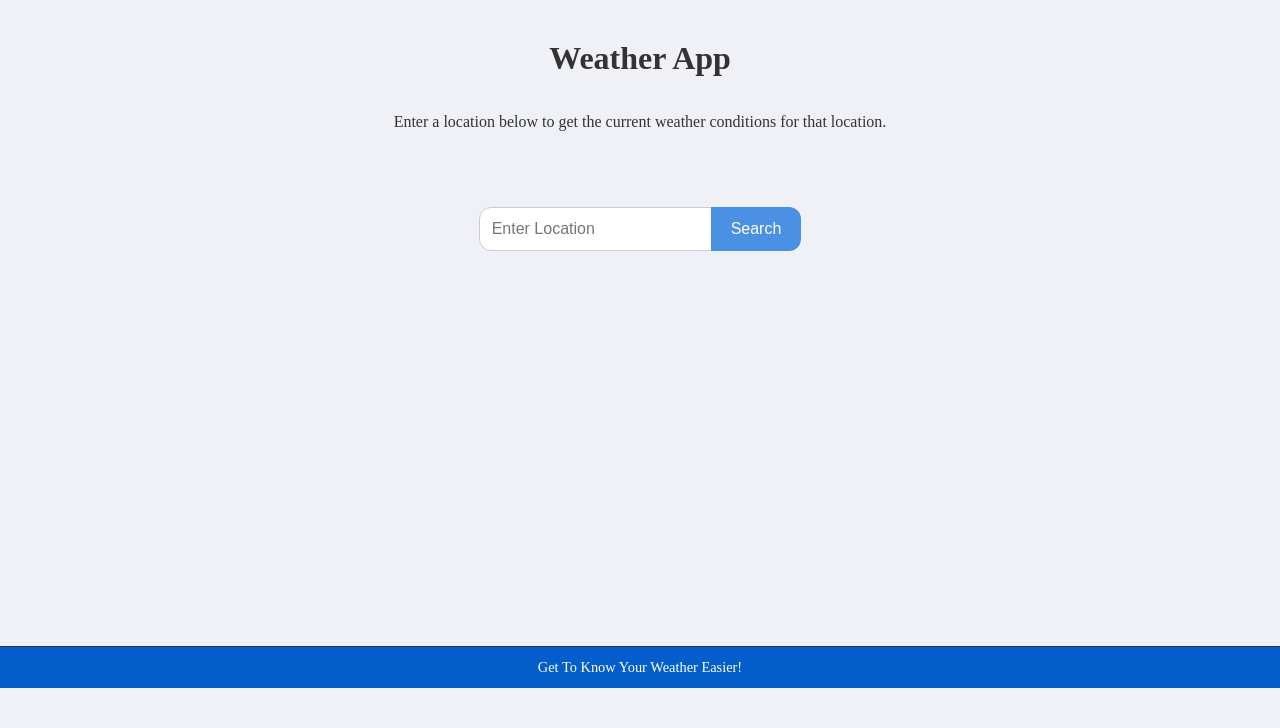
Repository: AlaaYou/Weather-App
Page: index.html
The author's editor kept a copy of each file at every save. The page is drawn from the files as they stood at one save, then again after the next save.
The browser window is 1280 px wide. The pictures show the whole page.

Above is the page before, as saved 2024-10-21 00:01:19.

### index.html

<!DOCTYPE html>
<html lang="en">
  <head>
    <meta charset="UTF-8" />
    <meta name="viewport" content="width=device-width, initial-scale=1.0" />
    <link rel="stylesheet" href="styles.css" />
    <title>Weather App</title>
  </head>
  <body>
    <header>
      <h1>Weather App</h1><br><br>
      <p>
        Enter a location below to get the current weather conditions for that
        location.
      </p><br><br>
    </header>
    <!-- main content -->
    <main>
      <section class="search-box">
        <input type="text" id="location-input" placeholder="Enter Location" />

        <button id="search-button">Search</button>
      </section>
      <div id="loading" style="display: none">Loading...</div>
      <div id="error" style="display: none">Error loading weather data</div>
      <!-- weather content -->
      <section
        class="weather-display"
        id="weather-display"
        style="display: none"
      >
        <div class="temp-display"><span id="temperature">--</span> °C</div>
        <div class="condition-display">
          <span id="condition">--</span>
        </div>

        <!-- condition info -->
        <div class="condition-info">
          <span id="wind-speed">Wind Speed: --</span>
          <span id="humidity">Humidity: --</span>
        </div>
      </section>
    </main>
    <!-- footer -->
    <footer>
      <p>Get To Know Your Weather Easier!</p>
    </footer>
    <script src="script.js"></script>
  </body>
</html>

### styles.css
body,
h1,
p {
  margin: 0;
  padding: 0;
}

body {
  display: flex;
  flex-direction: column;
  min-height: 90vh;
  background-color: #f0f1f6;
  padding: 40px 0;
  color: #333;
}

main {
  flex-grow: 1;
}

header {
  text-align: center;
  margin-bottom: 20px;
}

.search-box {
  display: flex;
  justify-content: center;
  align-items: center;
  margin: 20px 0;
}

input[type="text"] {
  padding: 12px;
  border: 1px solid #ccc;
  border-radius: 12px 0 0 12px;
  font-size: 1em;
  width: auto;
  margin-right: -1px;
}
button {
  background-color: #4a90e3;
  color: #ffff;
  border: none;
  border-radius: 0 12px 12px 0;
  padding: 13px 20px;
  cursor: pointer;
  font-size: 1em;
  transition: background-color 0.3s ease;
}

button:hover {
  background-color: #035dcb;
}

/* Weather content */
.weather-display {
  text-align: center;
  padding: 20px;
}

.temp-display,
.condition-display {
  font-size: 2.5em;
  margin-bottom: 10px;
}

.condition-info span {
  margin-right: 15px;
  font-size: 1.2em;
}

#loading,
#error {
  text-align: center;
  font-size: 1.2em;
  margin-top: 20px;
}
#loading {
  color: #4a90e3;
}
#error {
  color: red;
}
footer {
  text-align: center;
  background-color: #035dcb;
  color: #ffff;
  padding: 12px 0;
  border-top: 1px solid #333;
  font-size: 0.9em;
}

### script.js
async function fetchWeather(location) {
  //api
  const apiKey = "094b545dde613af5667ba10639a224f8";
  const url = `http://api.openweathermap.org/data/2.5/weather?q=${location}&appid=${apiKey}&units=metric`;
  const response = await fetch(url);

  if (response.ok) {
    const data = await response.json();
    return data;
  } else {
    throw new Error("Failed to fetch weather data");
  }
}
//Display the weather
function dispplayWeather(data) {
  console.log(data);
  //select the  DOM
  const weatherDisplay = document.getElementById("weather-display");
  const temperature = document.getElementById("temperature");
  const condition = document.getElementById("condition");
  const windSpeed = document.getElementById("wind-speed");
  const humidity = document.getElementById("humidity");

  temperature.textContent = data.main.temp;
  condition.textContent = data.weather[0].main;
  windSpeed.textContent = `Wind Speed: ${data.wind.speed}m/s`;
  humidity.textContent = `Humidity: ${data.main.humidity}%`;
  weatherDisplay.style.display = "block";
}

function toggleElementVisibility(id, show) {
  const element = document.getElementById(id);
  element.style.display = show ? "block" : "none";
}
//DOM content Loaded
document.addEventListener("DOMContentLoaded", () => {
  const searchButton = document.getElementById("search-button");
  const locationInput = document.getElementById("location-input");
  searchButton.addEventListener("click", async () => {
    toggleElementVisibility("loading", true);
    toggleElementVisibility("error", false);

    const location = locationInput.value;

    try {
      const weatherData = await fetchWeather(location);
      toggleElementVisibility("loading", false);
      dispplayWeather(weatherData);
      console.log(weatherData);
    } catch (error) {
      toggleElementVisibility("error", true);
      toggleElementVisibility("loading", false);
    }
  });
});

After the next save:
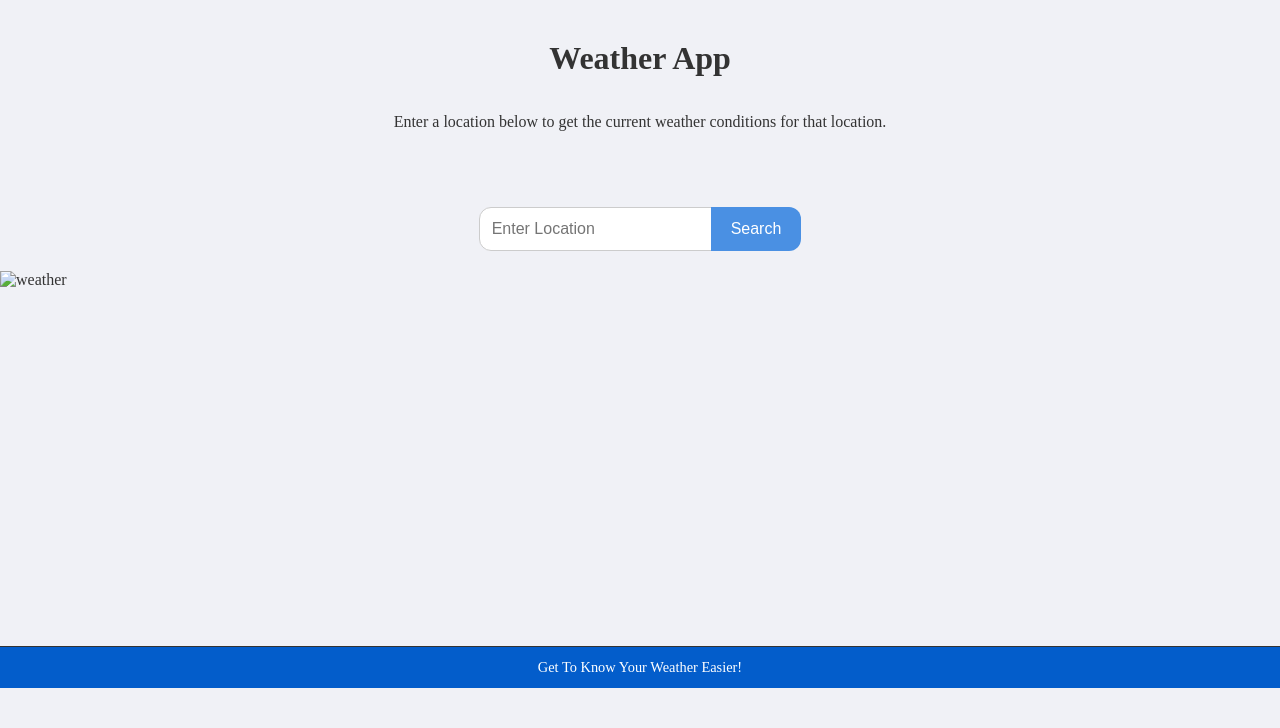
Not found: weather.jpg
Saved 36 s later.
--- a/index.html
+++ b/index.html
@@ -41,6 +41,7 @@
           <span id="humidity">Humidity: --</span>
         </div>
       </section>
+      <img src="weather.jpg" alt="weather" width="500" height="20">
     </main>
     <!-- footer -->
     <footer>

After the 2 saves that followed:
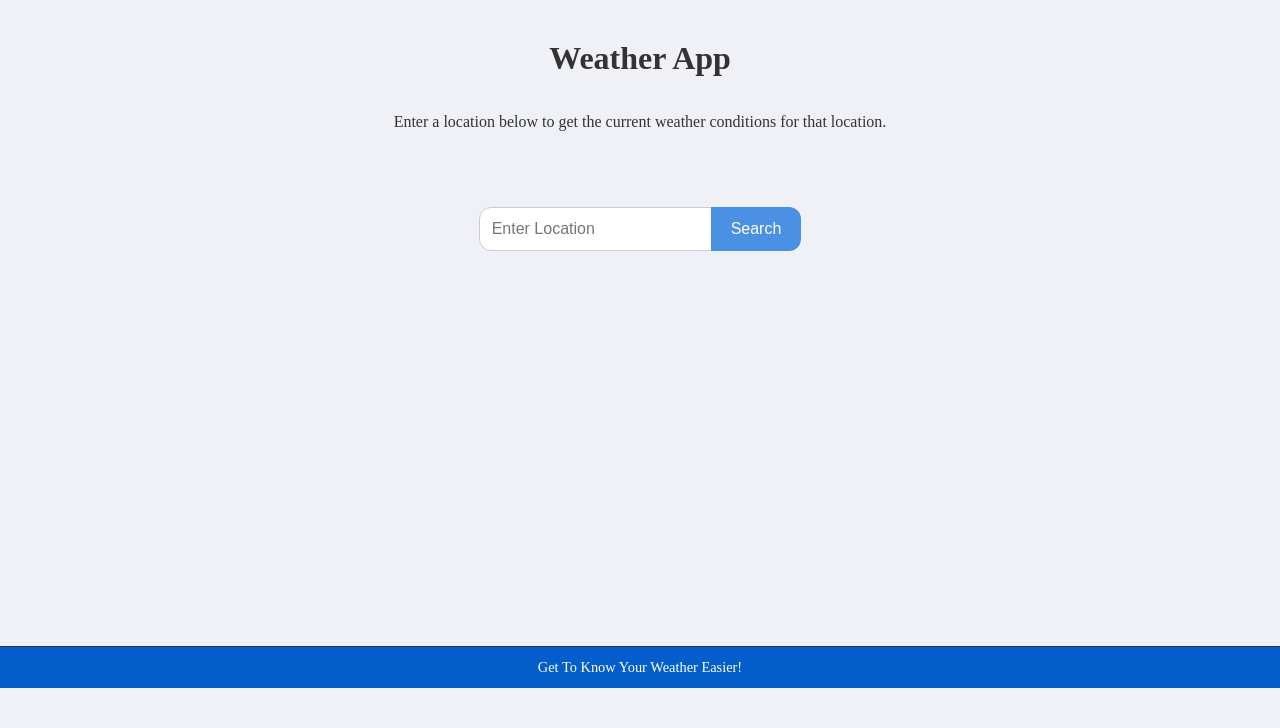
The 2 saves are shown as one change because 1 left the picture as it was.
The last was saved 107 s later.
--- a/index.html
+++ b/index.html
@@ -41,7 +41,6 @@
           <span id="humidity">Humidity: --</span>
         </div>
       </section>
-      <img src="weather.jpg" alt="weather" width="500" height="20">
     </main>
     <!-- footer -->
     <footer>
